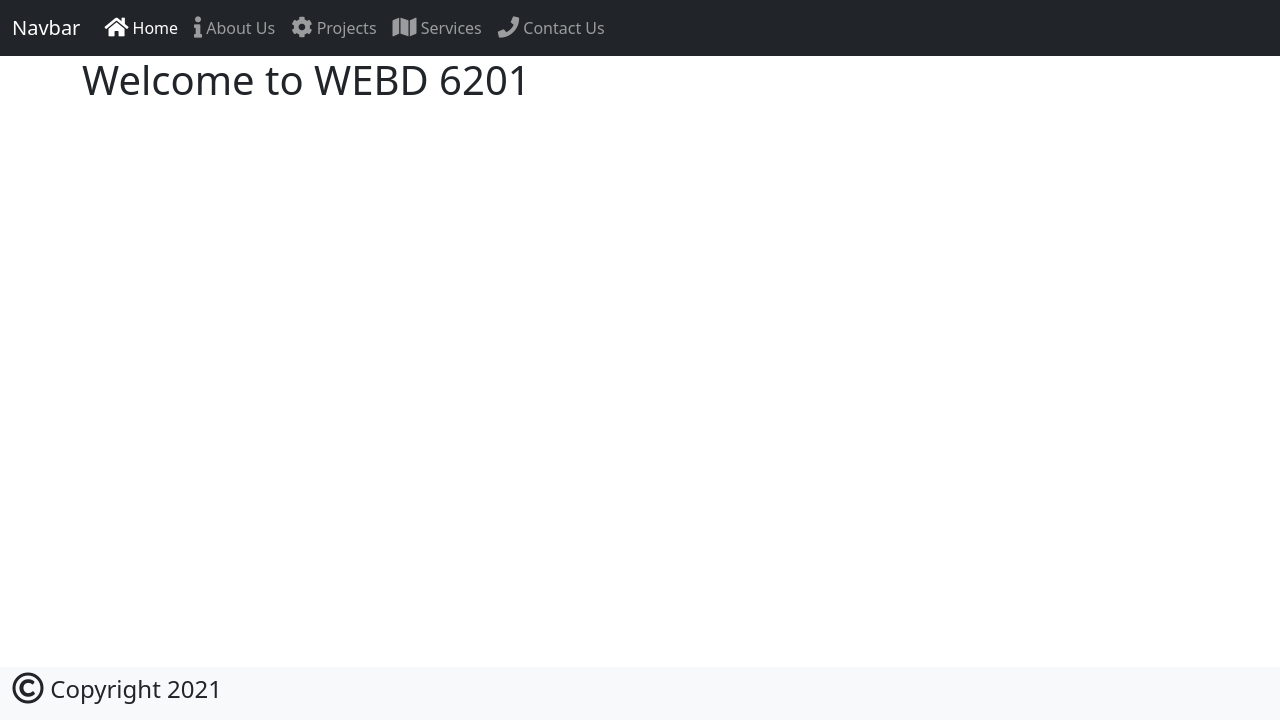
Repository: ErikHayward/WEBD6201-W2021-ICE1b
Page: index.html
These files come from the project's save history. The page is drawn as it stood at one moment and after the next save; the edit follows.
The browser window is 1280 px wide. The pictures show the whole page.

Above is the page before, as saved 2021-01-22 20:03:07.
Console error: TypeError: Cannot set properties of null (setting 'textContent')

After the next save:
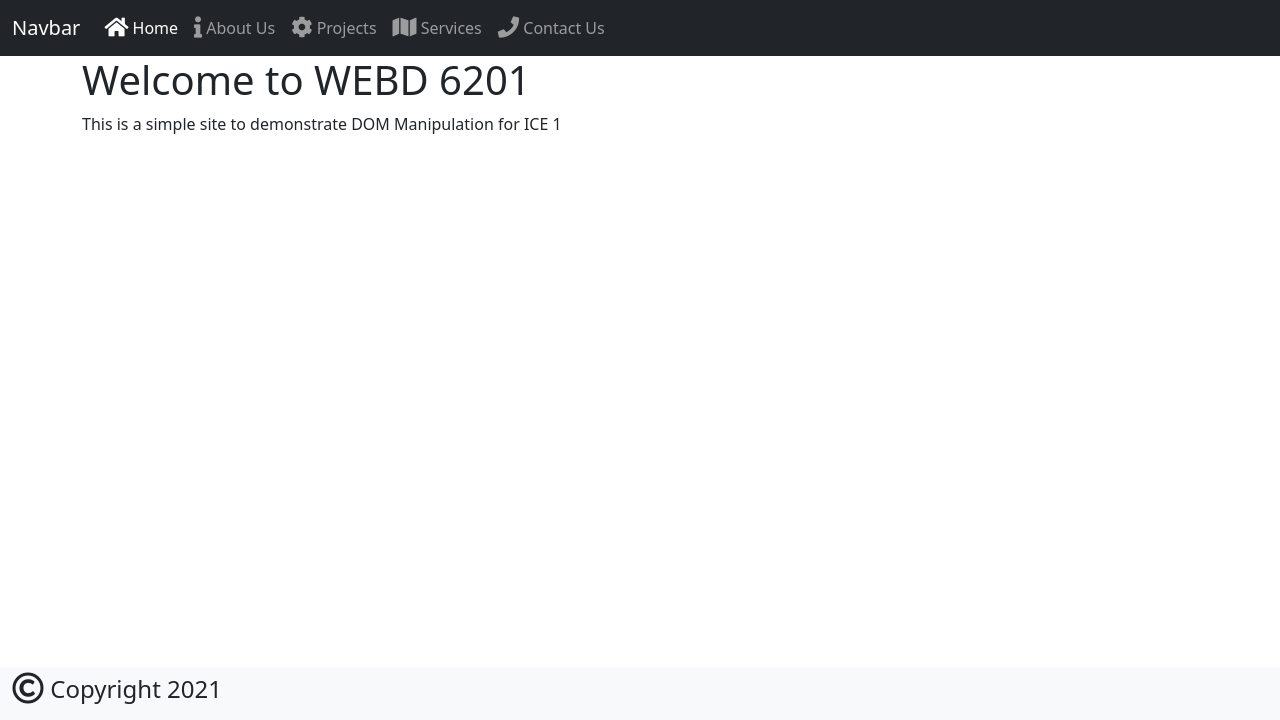
The error is gone.
Saved 27 s later.
--- a/index.html
+++ b/index.html
@@ -49,6 +49,7 @@
 
     <main class="container">
         <h1>Welcome to WEBD 6201</h1>
+        <p id="paragraphOne"></p>
     </main>
 
     <footer>
